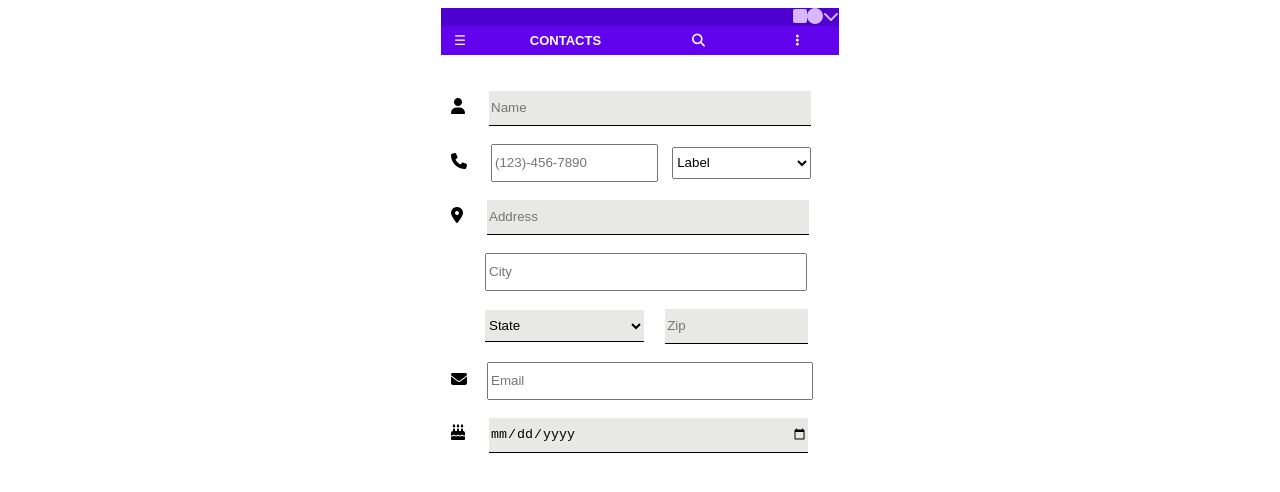
Repository: Sc-Juju/Mobile-Form
Page: index.html
These files come from the project's save history. The page is drawn as it stood at one moment and after the next save; the edit follows.
The browser window is 1280 px wide. The pictures show the whole page.
Some web libraries are served in a nearby version.

Above is the page before, as saved 2022-10-27 22:25:26.

After the next save:
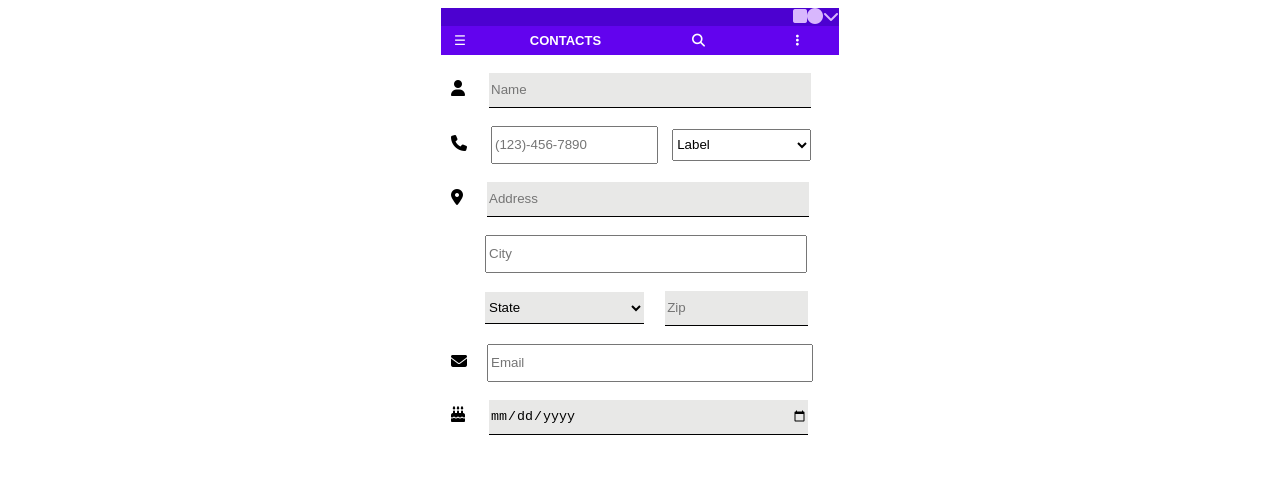
Saved 8 s later.
--- a/index.html
+++ b/index.html
@@ -47,7 +47,7 @@
 					</li>
 				</ul>
 			</div>
-			<br /><br />
+			<br />
 		</header>
 		<form action="">
 			<label for="name"><i class="fa-solid fa-user"></i></label>
